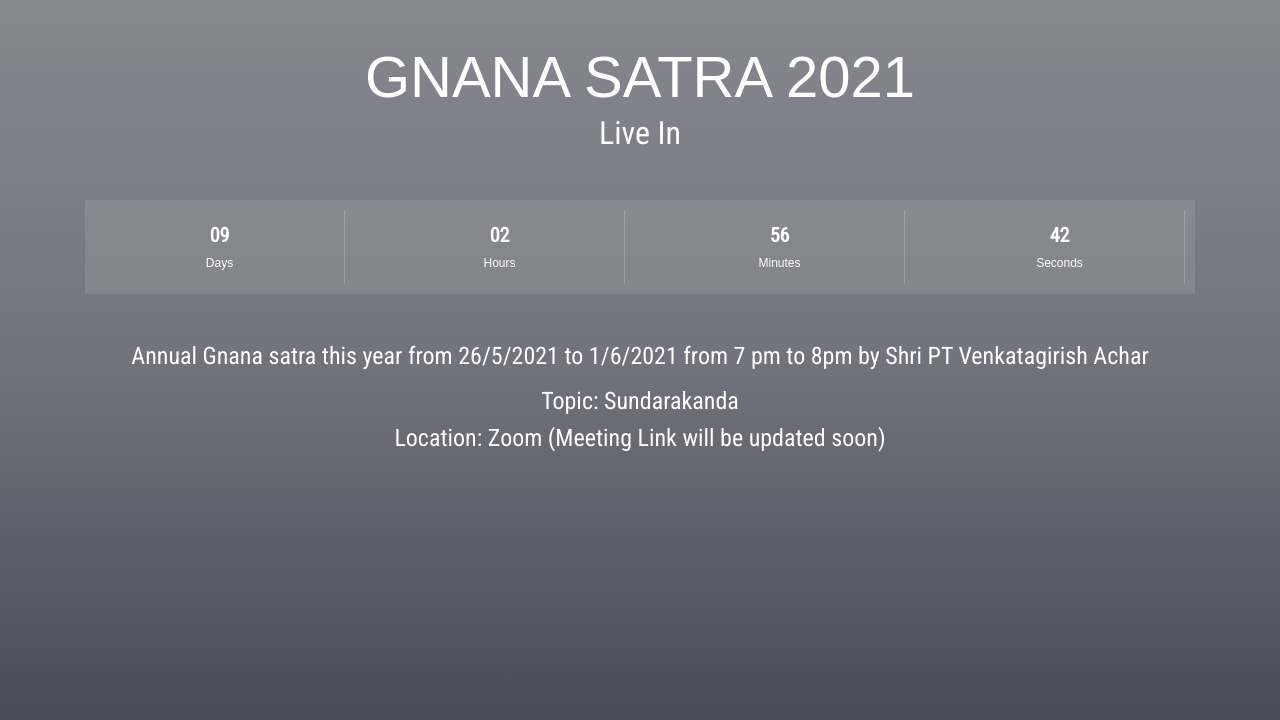
Repository: anirudhbichal/gs
Page: /
These files come from the project's save history. The page is drawn as it stood at one moment and after the next save; the edit follows.
The browser window is 1280 px wide. The pictures show the whole page.
Some web fonts or font styles are not loaded; a fallback is used. The project was rebuilt for these pictures with package versions that can differ from the ones it lists, and the page was loaded fresh each time.

Above is the page before, as saved 2021-05-17 18:46:08.

After the next save:
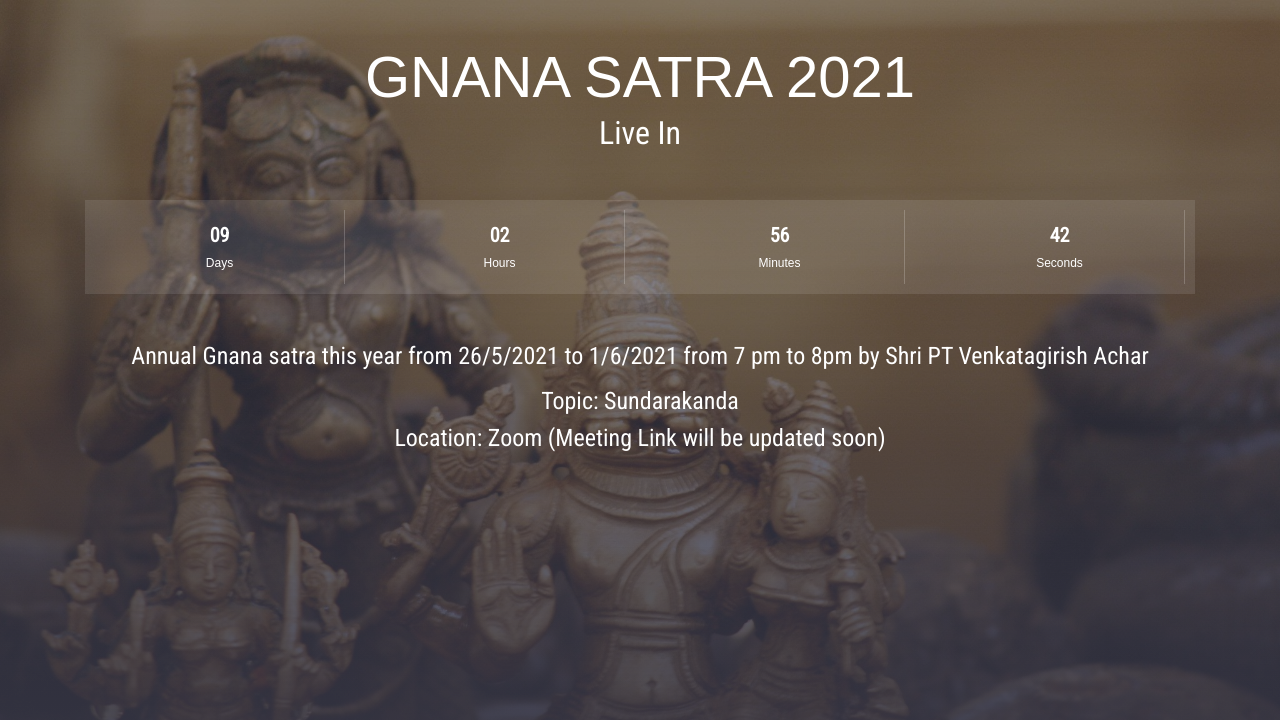
Saved 20 s later.
--- a/src/App.css
+++ b/src/App.css
@@ -5,8 +5,8 @@ body {
   color: #fff;
   font-family: "Roboto Condensed", sans-serif;
   background-image: url('gs-bg.jpg');
-  background-repeat:no-repeat;
-  background-size: 100% 100%;
+  background-repeat: no-repeat;
+  background-size: cover;
   background-position: top top;
   margin: 0;
 }
